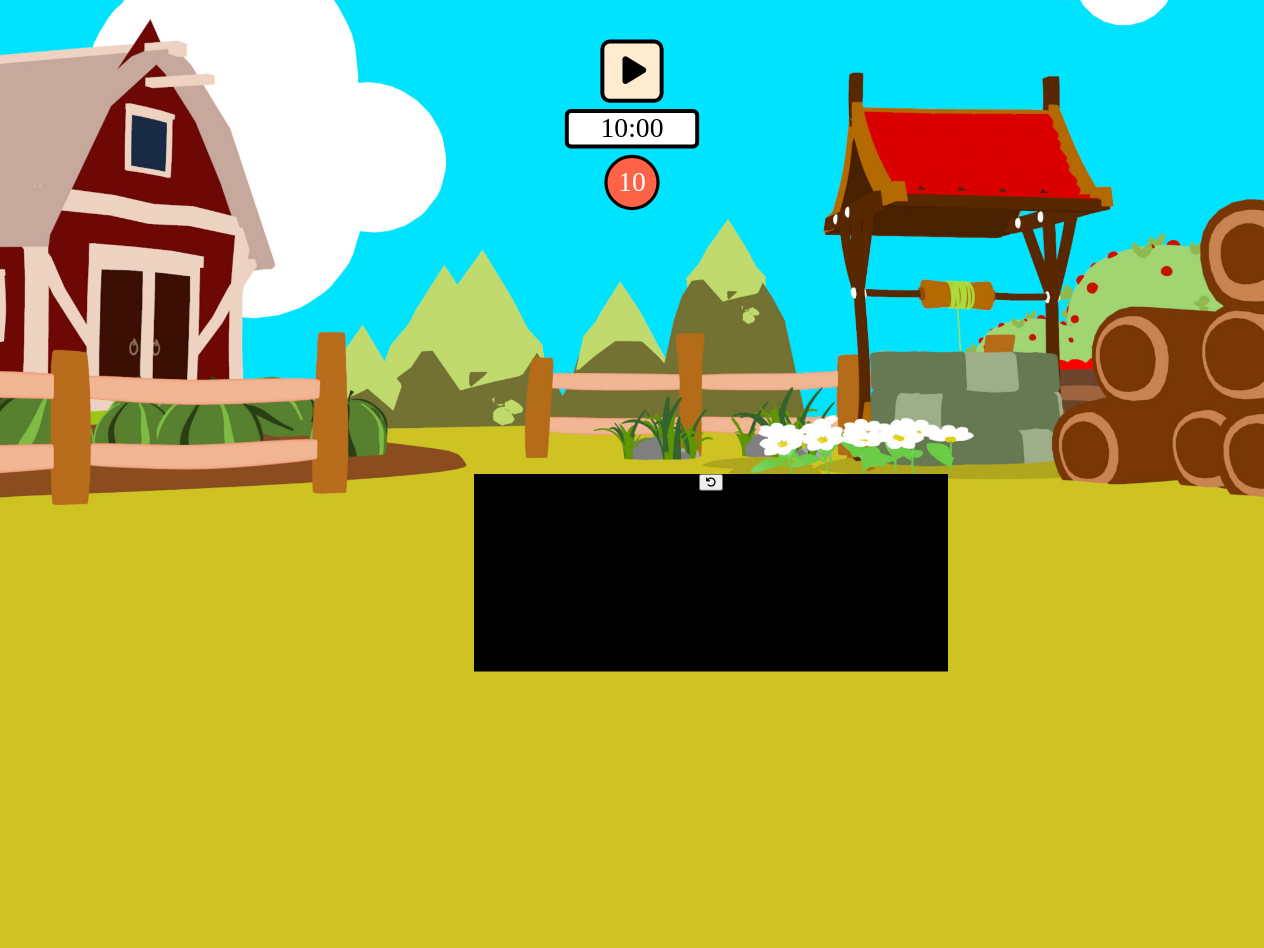
Repository: keehoonjung/Bug-Game
Page: index.html
These files come from the project's save history. The page is drawn as it stood at one moment and after the next save; the edit follows.
The browser window is 1280 px wide. The page is 1600 px wide, so the pictures cover 1600 px, including what lies to the right of the window. The pictures show the whole page, at 79% of full size.
Some web libraries are served in a nearby version.

Above is the page before, as saved 2021-08-10 11:05:00.

After the next save:
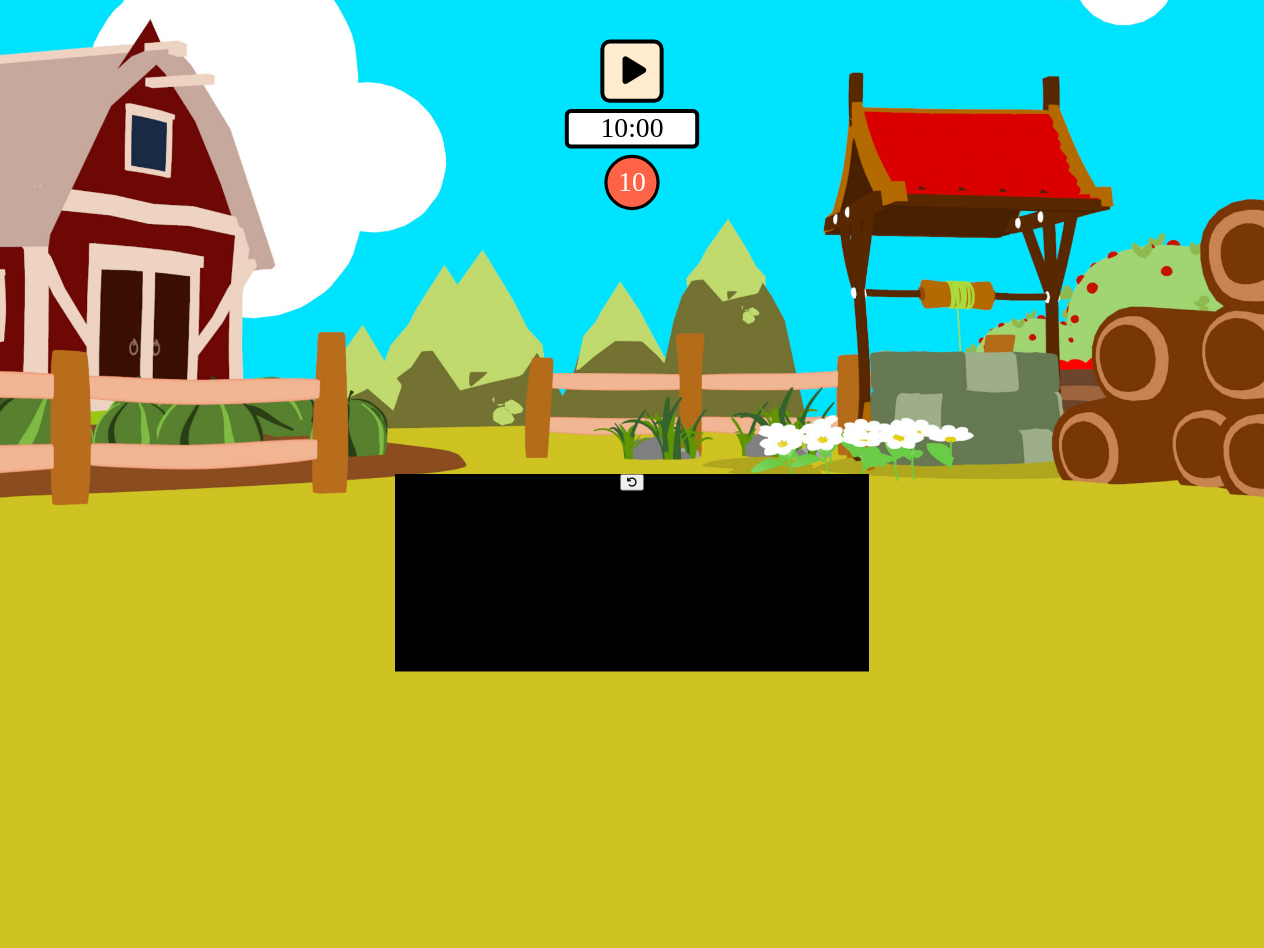
Saved 4 s later.
--- a/style.css
+++ b/style.css
@@ -63,7 +63,7 @@ button {
 .popup {
   position: absolute;
   top: 600px;
-  left: 600px;
+  left: 500px;
   width: 600px;
   height: 250px;
   background-color: black;
